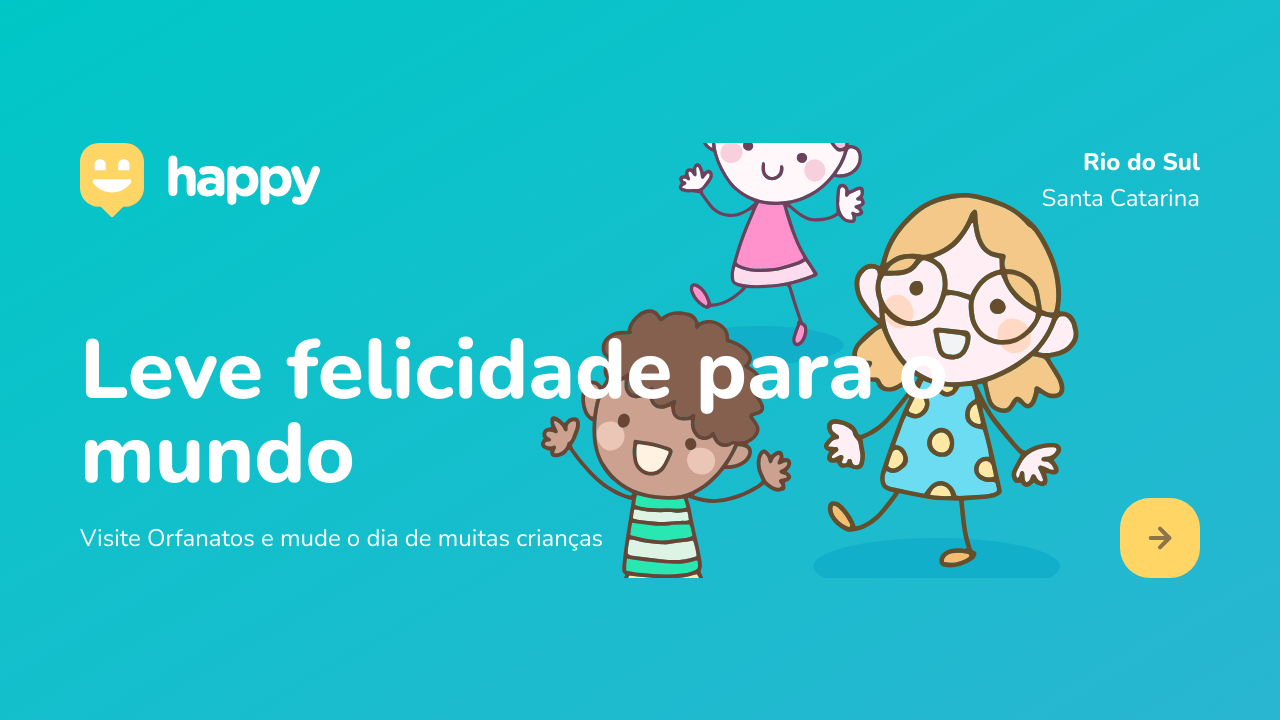
Repository: TeoNogueira/nlw3-rocketseatproject
Page: index.html
An editor plug-in stored every save of this project. The page is shown before and after the next save, followed by the edit.
The browser window is 1280 px wide. The pictures show the whole page.

Above is the page before, as saved 2020-10-13 12:56:02.

After the next save:
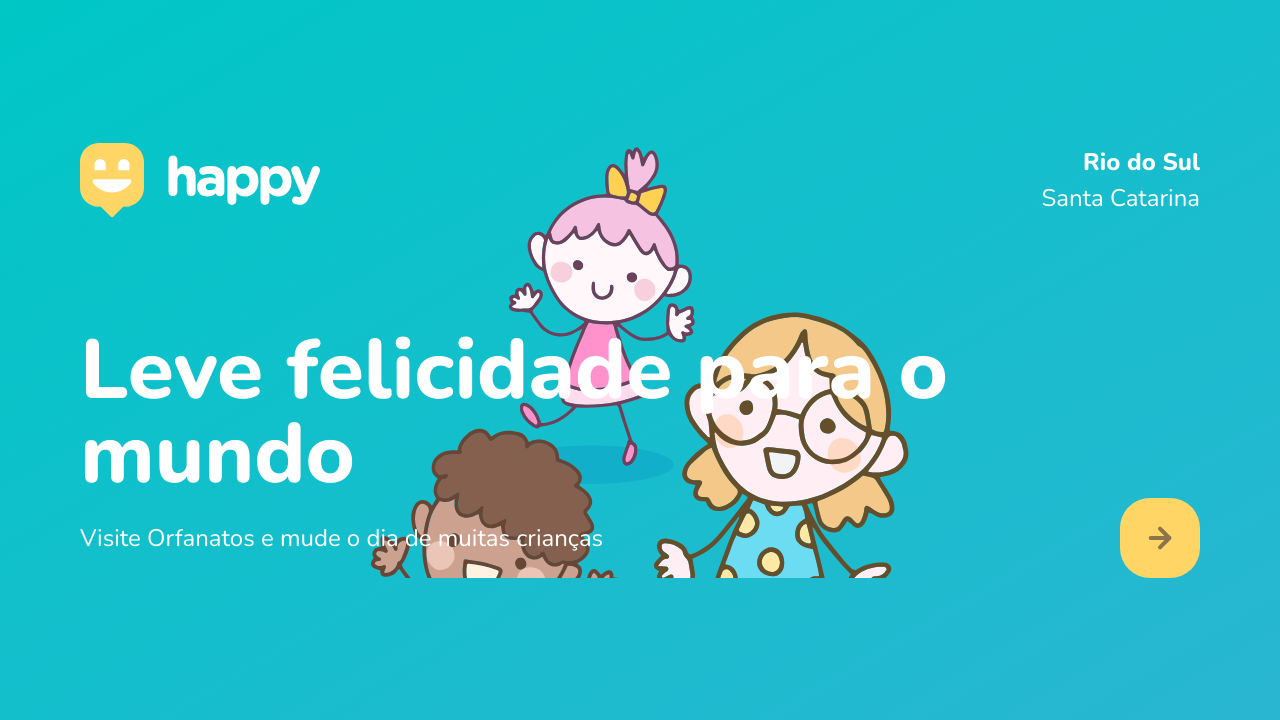
Saved 66 s later.
--- a/public/css/page-landing.css
+++ b/public/css/page-landing.css
@@ -77,7 +77,7 @@
 
      background: url("../images/bg.svg") no-repeat 80%;
 
-     background-position:
+     background-position: top center;
 
 
 

After the save that followed:
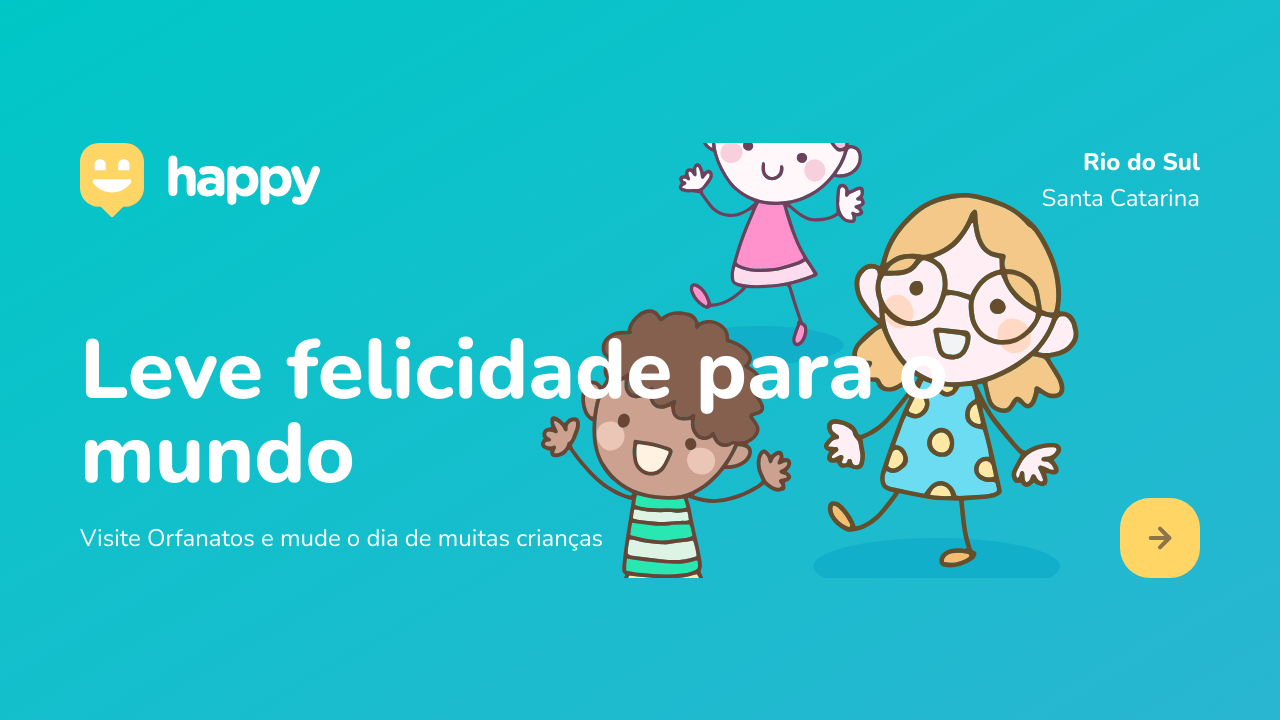
Saved 5 s later.
--- a/public/css/page-landing.css
+++ b/public/css/page-landing.css
@@ -77,7 +77,7 @@
 
      background: url("../images/bg.svg") no-repeat 80%;
 
-     background-position: top center;
+     background-position: top bottom;
 
 
 
